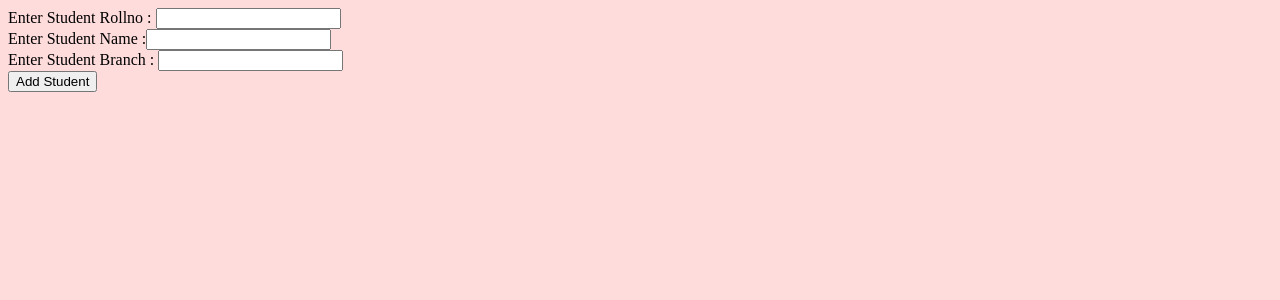
Repository: chinthaginjalabhuvan/Java
Page: ServletRealTimeProject/src/main/webapp/index.html
These files come from the project's save history. The page is drawn as it stood at one moment and after the next save; the edit follows.
The browser window is 1280 px wide. The pictures show the whole page.

Above is the page before, as saved 2025-06-04 09:30:38.

### ServletRealTimeProject/src/main/webapp/index.html
<html>

<body bgcolor="FFDCDC">

<form action="./add">
Enter Student Rollno : <input type="text" name="rollno"/><br/>
Enter Student Name :<input type="text" name="name"/><br/>
Enter Student Branch : <input type="text" name="branch"/><br/>
<button type="submit">Add Student</button>
</form>

</body>

</html>

After the next save:
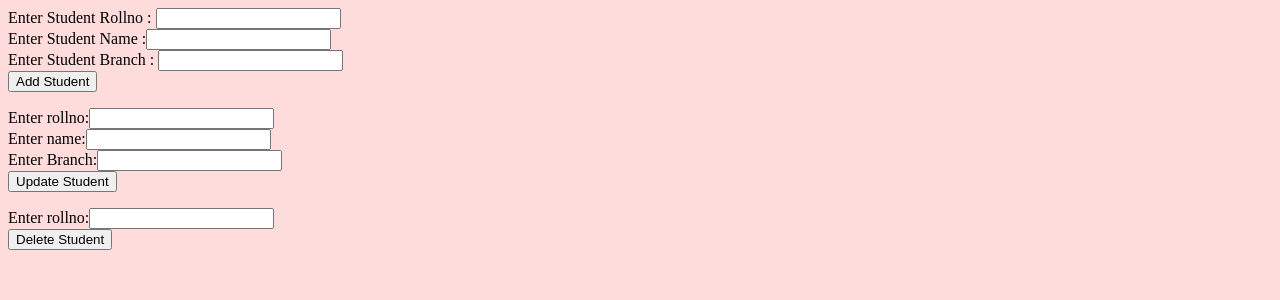
Saved 5 min 52 s later.
--- a/ServletRealTimeProject/src/main/webapp/index.html
+++ b/ServletRealTimeProject/src/main/webapp/index.html
@@ -9,6 +9,18 @@ Enter Student Branch : <input type="text" name="branch"/><br/>
 <button type="submit">Add Student</button>
 </form>
 
+<form action="./update">
+Enter rollno:<input type="text" name="rollno"/><br/>
+Enter name:<input type="text" name="name"/><br/>
+Enter Branch:<input type="text" name="branch"/><br/>
+<button type="submit">Update Student</button>
+</form>
+
+<form action="./delete">
+Enter rollno:<input type="text" name="rollno"/><br/>
+<button type="submit">Delete Student</button>
+</form>
+
 </body>
 
 </html>
